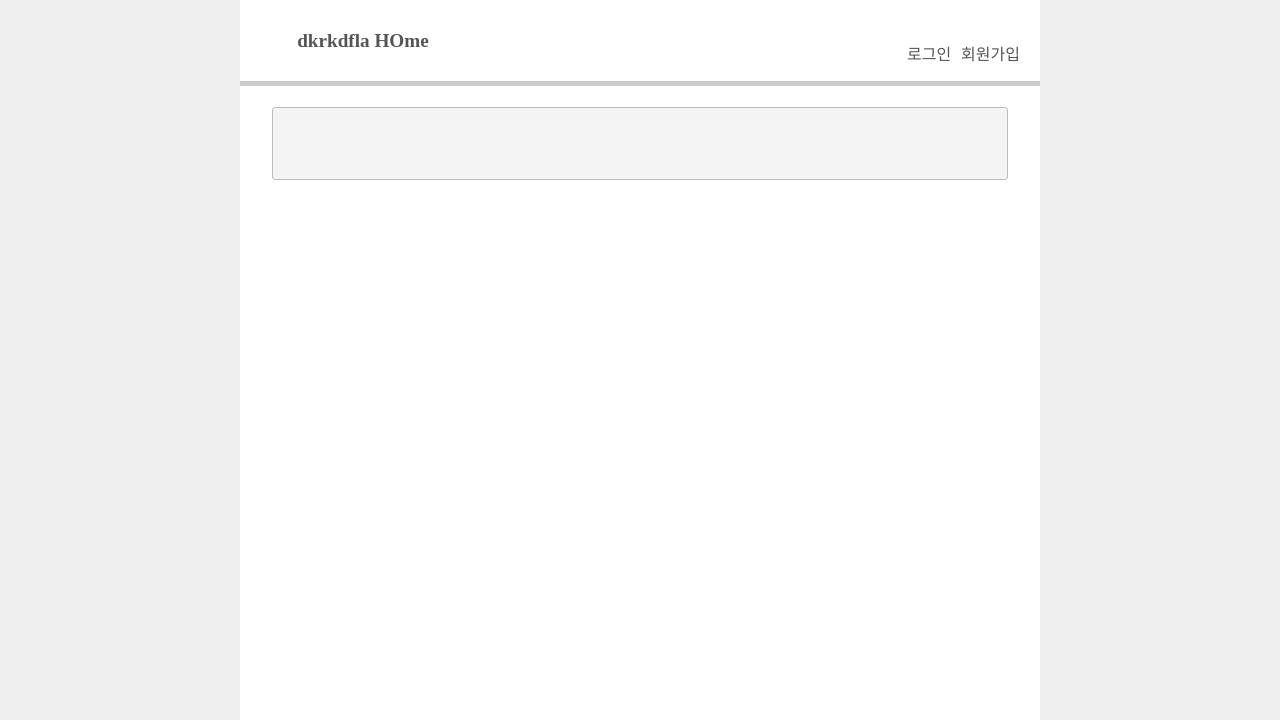
Repository: Dusajang/JSPClass
Page: http://localhost/jspPro/days06/ex06_03.jsp
These files come from the project's save history. The page is drawn as it stood at one moment and after the next save; the edit follows.
The browser window is 1280 px wide. The pictures show the whole page.
Some web fonts or font styles are not loaded; a fallback is used. The page is served by Tomcat 9.

Above is the page before, as saved 2024-10-22 07:38:15.

After the next save:
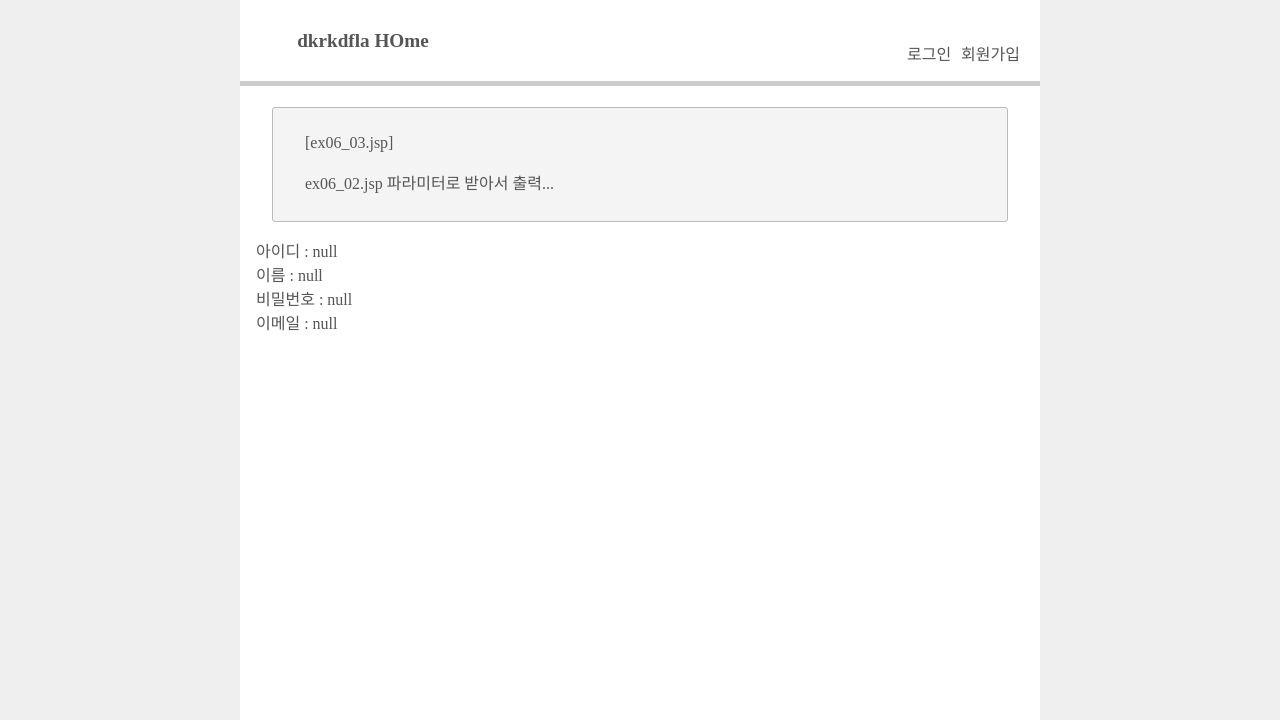
Saved 2 min 43 s later.
--- a/jspPro/src/main/webapp/days06/ex06_03.jsp
+++ b/jspPro/src/main/webapp/days06/ex06_03.jsp
@@ -27,8 +27,22 @@
 </header>
 <div>
   <xmp class="code">
+    [ex06_03.jsp]
 
+    ex06_02.jsp 파라미터로 받아서 출력...
   </xmp>
+
+  <%
+  	String id = request.getParameter("id");
+  	String name = request.getParameter("name");
+  	String passwd = request.getParameter("passwd");
+  	String email = request.getParameter("email");
+  %>
+
+  아이디 : <%= id %> <br>
+  이름 : <%= name %><br>
+  비밀번호 : <%= passwd %><br>
+  이메일 : <%= email %><br>
 </div>
 </body>
 </html>
